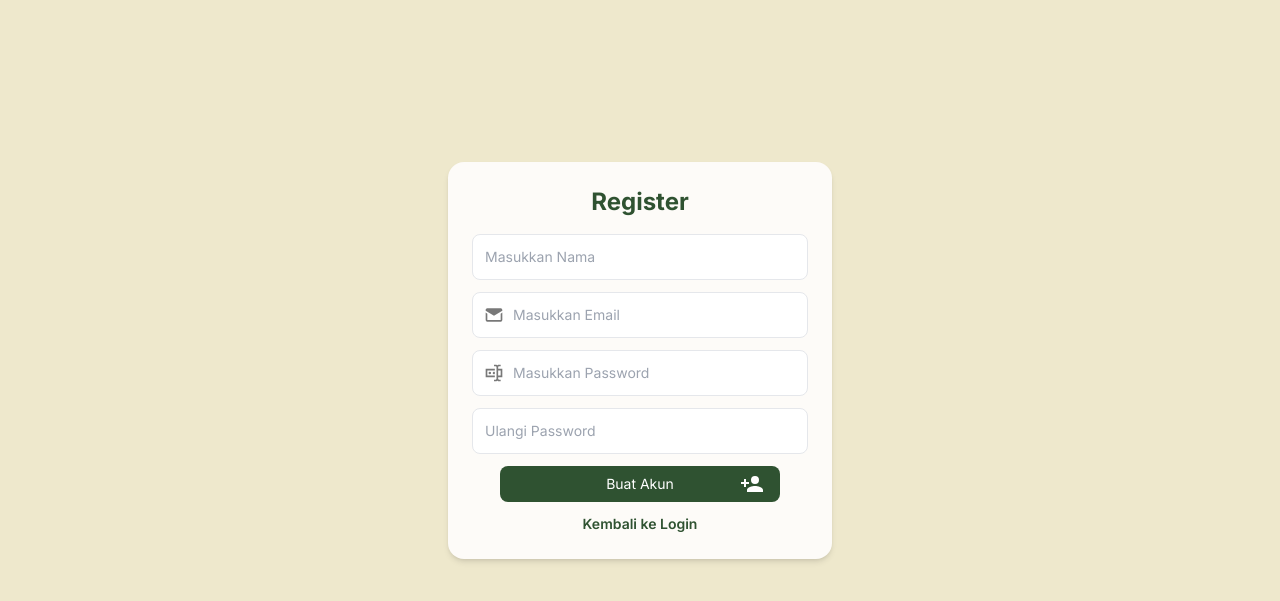
Repository: PajarAland/DiagramCoffee
Page: /register
An editor plug-in stored every save of this project. The page is shown before and after the next save, followed by the edit.
The browser window is 1280 px wide. The pictures show the whole page.
Pictures or frames that could not be fetched are drawn as grey boxes. The page's requests for data from a server got no answer. The project was rebuilt for these pictures with package versions that can differ from the ones it lists, and the page was loaded fresh each time. Some packages were replaced by stand-ins written for this rebuild. No one was signed in, and anything a server would have sent is missing. Also part of the build but not shown: vite.config.js, src/components/ui/NavBar.jsx, src/pages/Landing.jsx, src/context/useAuth.jsx, src/pages/Login.jsx, src/pages/Home.jsx, src/auth/ProtectedRoute.jsx.

Above is the page before, as saved 2026-04-27 00:22:51.

### index.html
<!doctype html>
<html lang="en">
  <head>
    <meta charset="UTF-8" />
    <link rel="icon" type="image/svg+xml" href="/favicon.svg" />
    <link rel="preconnect" href="https://fonts.googleapis.com">
    <link rel="preconnect" href="https://fonts.gstatic.com" crossorigin>
    <link href="https://fonts.googleapis.com/css2?family=Inter:wght@400;500;600;700&display=swap" rel="stylesheet">
    <meta name="viewport" content="width=device-width, initial-scale=1.0" />
    <title>diagramcoffee</title>
  </head>
  <body>
    <div id="root"></div>
    <script type="module" src="/src/main.jsx"></script>
  </body>
</html>

### src/index.css
@tailwind base;
@tailwind components;
@tailwind utilities;

body {
  @apply font-sans;
}

### src/App.jsx
import { BrowserRouter, Routes, Route } from "react-router-dom";
import Landing from "./pages/Landing";
import Login from "./pages/Login";
import Register from "./pages/Register";
import Home from "./pages/Home";
import ProtectedRoute from "./auth/ProtectedRoute";
import { AuthProvider } from "./context/AuthProvider";

function App() {
  return (
    <AuthProvider>
      <BrowserRouter>
        <Routes>
          <Route path="/" element={<Landing />} />
          <Route path="/login" element={<Login />} />
          <Route path="/register" element={<Register />} />

          <Route
            path="/home"
            element={
              <ProtectedRoute>
                <Home />
              </ProtectedRoute>
            }
          />
        </Routes>
      </BrowserRouter>
    </AuthProvider>
  );
}

export default App;

### src/pages/Register.jsx
import { useState } from "react";
import { useNavigate } from "react-router-dom";
import Swal from "sweetalert2";
import API from "../services/api";
import accountAddWhite from "../assets/mdi--account-add-white.svg";
import formTextboxPasswordGrey from "../assets/mdi--form-textbox-password-grey.svg";
import emailVariantGrey from "../assets/mdi--email-variant-grey.svg";
import userEditGrey from "../assets/mdi--account-edit-grey.svg";




function Register() {
    const navigate = useNavigate();

    const [name, setName] = useState("");
    const [email, setEmail] = useState("");
    const [password, setPassword] = useState("");
    const [passwordConfirmation, setPasswordConfirmation] = useState("");

    const handleRegister = async (e) => {
        e.preventDefault();

        try {
            await API.post("/api/register", {
                name,
                email,
                password,
                password_confirmation: passwordConfirmation,
            });

            navigate("/login");

        } catch (error) {
            console.error(error);

            if (error.response.data.errors) {
                Swal.fire({
                    icon: "error",
                    title: "Validasi Gagal",
                    html: Object.values(error.response.data.errors).join("<br>"),
                });
                } else {
                Swal.fire({
                    icon: "error",
                    title: "Error",
                    text: error.response.data.message,
                });
            }
        }
    };

    return (
        <div className="min-h-screen bg-[#EEE8CC] flex items-center justify-center">
            <div className="bg-[#FDFBF8] w-full max-w-sm rounded-2xl p-6 shadow-md text-center">

                <h2 className="text-[#2F5231] font-bold text-2xl mb-4">
                    Register
                </h2>

                <form onSubmit={handleRegister} className="space-y-3">

                    <input
                        type="text"
                        placeholder="Masukkan Nama"
                        value={name}
                        onChange={(e) => setName(e.target.value)}
                        className="w-full border rounded-lg px-3 py-3 text-sm outline-none"
                    />

                    <div className="relative">
                        <img
                            src={emailVariantGrey}
                            alt="icon-email"
                            className="w-5 h-5 absolute left-3 top-1/2 -translate-y-1/2 opacity-60"
                        />

                        <input
                            type="email"
                            placeholder="Masukkan Email"
                            value={email}
                            onChange={(e) => setEmail(e.target.value)}
                            className="w-full border rounded-lg pl-10 pr-3 py-3 text-sm outline-none"
                        />
                    </div>

                    <div className="relative">
                        <img
                            src={formTextboxPasswordGrey}
                            alt="icon-password"
                            className="w-5 h-5 absolute left-3 top-1/2 -translate-y-1/2 opacity-60"
                        />

                        <input
                            type="password"
                            placeholder="Masukkan Password"
                            value={password}
                            onChange={(e) => setPassword(e.target.value)}
                            className="w-full border rounded-lg pl-10 pr-3 py-3 text-sm outline-none"
                        />
                    </div>

                    <input
                        type="password"
                        placeholder="Ulangi Password"
                        value={passwordConfirmation}
                        onChange={(e) => setPasswordConfirmation(e.target.value)}
                        className="w-full border rounded-lg px-3 py-3 text-sm outline-none"
                    />

                    <button
                        type="submit"
                        className="w-10/12 mx-auto bg-[#2F5231] text-sm text-white py-2 rounded-lg mt-4 relative flex items-center justify-center"
                    >
                        <span className="text-center">Buat Akun</span>

                        <img
                            src={accountAddWhite}
                            alt="account add"
                            className="w-6 h-6 absolute right-4"
                        />
                    </button>
                </form>

                <button
                    onClick={() => navigate("/login")}
                    className="text-sm text-[#2F5231] font-semibold mt-3 hover:underline"
                >
                    Kembali ke Login
                </button>
            </div>
        </div>
    );
}

export default Register;

### src/context/AuthProvider.jsx
import { useEffect, useState } from "react";
import API from "../services/api";
import AuthContext from "./AuthContext";

export function AuthProvider({ children }) {
    const [user, setUser] = useState(null);
    const [initialized, setInitialized] = useState(false);

    useEffect(() => {
        const initAuth = async () => {
            try {
                await API.get("/sanctum/csrf-cookie");
                const res = await API.get("/api/user");
                setUser(res.data.data ?? null);
            } catch (error) {
                if (error.response?.status !== 401) {
                    console.error("Auth check failed:", error);
                }
                setUser(null);
            } finally {
                setInitialized(true);
            }
        };

        initAuth();
    }, []);

    const refreshUser = async () => {
        try {
            const res = await API.get("/api/user");
            setUser(res.data.data ?? null);
        } catch (error) {
            if (error.response?.status !== 401) {
                console.error("Refresh user failed:", error);
            }
            setUser(null);
        }
    };

    const login = (userData) => {
        setUser(userData);
    };

    const logout = async () => {
        try {
            await API.post("/api/logout");
        } finally {
            setUser(null);
        }
    };

    return (
        <AuthContext.Provider
            value={{
                user,
                setUser,
                login,
                logout,
                initialized,
                refreshUser,
            }}
        >
            {children}
        </AuthContext.Provider>
    );
}

### src/services/api.js
import axios from "axios";

const API = axios.create({
  baseURL: "http://localhost:8000",
  withCredentials: true,
  headers: {
    Accept: "application/json",
    "Content-Type": "application/json",
  },
});

// Let Axios handle CSRF automatically
API.defaults.xsrfCookieName = "XSRF-TOKEN";
API.defaults.xsrfHeaderName = "X-XSRF-TOKEN";

API.interceptors.response.use(
    (response) => response,
    (error) => {
        const status = error.response?.status;

        // expected auth state → ignore silently
        if (status === 401) {
            return Promise.reject(error);
        }

        console.error(error);
        return Promise.reject(error);
    }
);

export default API;

### src/context/AuthContext.jsx
import { createContext } from "react";

const AuthContext = createContext();
export default AuthContext;

### tailwind.config.js
/** @type {import('tailwindcss').Config} */
export default {
  content: [
    "./index.html",
    "./src/**/*.{js,jsx,ts,tsx}",
  ],
  theme: {
    fontFamily: {
      sans: ["Inter", "ui-sans-serif", "system-ui"],
    },
    extend: {},
  },
  plugins: [],
}

Loaded but not shown: src/main.jsx (common file)

After the next save:
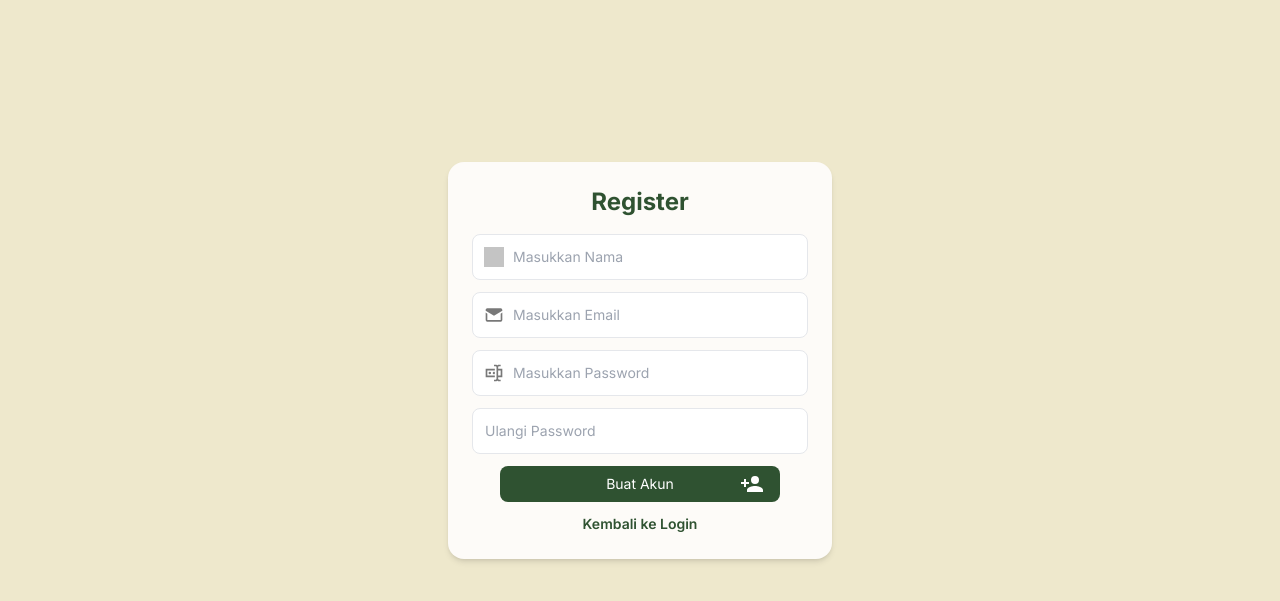
Saved 53 s later.
--- a/src/pages/Register.jsx
+++ b/src/pages/Register.jsx
@@ -59,14 +59,21 @@ function Register() {
                 </h2>
 
                 <form onSubmit={handleRegister} className="space-y-3">
+                    <div className="relative">
+                        <img
+                            src={userEditGrey}
+                            alt="icon-user"
+                            className="w-5 h-5 absolute left-3 top-1/2 -translate-y-1/2 opacity-60"
+                        />
 
-                    <input
-                        type="text"
-                        placeholder="Masukkan Nama"
-                        value={name}
-                        onChange={(e) => setName(e.target.value)}
-                        className="w-full border rounded-lg px-3 py-3 text-sm outline-none"
-                    />
+                        <input
+                            type="text"
+                            placeholder="Masukkan Nama"
+                            value={name}
+                            onChange={(e) => setName(e.target.value)}
+                            className="w-full border rounded-lg pl-10 pr-3 py-3 text-sm outline-none"
+                        />
+                    </div>
 
                     <div className="relative">
                         <img
